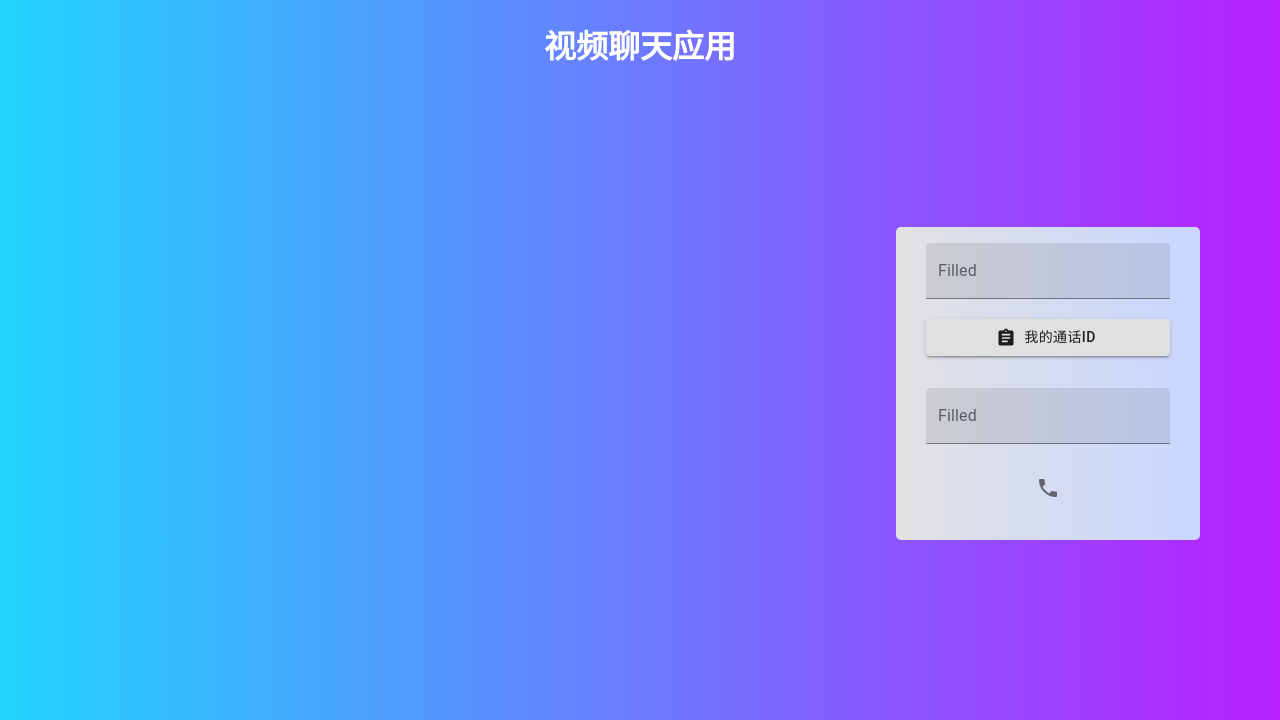
Repository: CodeFreedom-A/webRtc
Page: /
An editor plug-in stored every save of this project. The page is shown before and after the next save, followed by the edit.
The browser window is 1280 px wide. The pictures show the whole page.
The page's requests for data from a server got no answer. The project was rebuilt for these pictures with package versions that can differ from the ones it lists, and the page was loaded fresh each time. No one was signed in, and anything a server would have sent is missing.

Above is the page before, as saved 2022-12-21 17:22:42.

### src/App.js
/*
 * @Author: sunheng
 * @Date: 2022-12-21 15:50:22
 * @LastEditors: sunheng
 * @LastEditTime: 2022-12-21 17:22:31
 * @Description: 请填写简介
 */

import Button from "@material-ui/core/Button";
import IconButton from "@material-ui/core/IconButton";
import TextField from "@material-ui/core/TextField";
import AssignmentIcon from "@material-ui/icons/Assignment";
import PhoneIcon from "@material-ui/icons/Phone";
import React, { useEffect, useRef, useState } from "react";
import { CopyToClipboard } from "react-copy-to-clipboard";
import Peer from "simple-peer";
import io from "socket.io-client";
import "./App.css";
// 客户端socket链接
const socket = io.connect("http//localhost:5000");
function App() {
  const [stream, setStream] = useState(null);
  const [name, setName] = useState(null);
  const [idToCall, setIdToCall] = useState(null);
  const Myvideo = useRef();
  const [me, setMe] = useState("");
  const callUser = () => {};
  //
  useEffect(() => {
    navigator.mediaDevices
      .getUserMedia({ video: true, audio: true })
      .then((res) => {
        console.log(res);
        setStream(res);
        Myvideo.current.srcObject = res;
      })
      .catch((err) => {
        console.log("没有摄像头", err);
      });
  }, []);
  return (
    <>
      <h1 style={{ textAlign: "center", color: "#fff" }}>视频聊天应用</h1>
      <div className="container">
        {/* 视频容器 */}
        <div className="video-container">
          <div className="video">
            <video
              playsInline
              muted
              autoPlay
              style={{ width: "500px" }}
              ref={Myvideo}
            ></video>
          </div>
        </div>

        <div className="myId">
          <TextField
            id="filled-basic"
            label="Filled"
            variant="filled"
            value={name}
            style={{ marginBottom: "20px" }}
            onChange={(e) => setName(e.target.value)}
          />
          <CopyToClipboard text={me} style={{ marginBottom: "2rem" }}>
            <Button
              variant="contained"
              startIcon={<AssignmentIcon fontSize="large" />}
            >
              我的通话ID
            </Button>
          </CopyToClipboard>
          <TextField
            id="filled-basic"
            label="Filled"
            variant="filled"
            value={idToCall}
            style={{ marginBottom: "20px" }}
            onChange={(e) => setIdToCall(e.target.value)}
          />
          <IconButton onClick={() => callUser(idToCall)}>
            <PhoneIcon></PhoneIcon>
          </IconButton>
          <Button></Button>
        </div>
      </div>
    </>
  );
}

export default App;

### src/App.css
.container {
  display: grid;
  grid-template-columns: 7fr 3fr;
  margin-top: 10rem;
}


.video-container {
  display: grid;
  grid-template-columns: 1fr 1fr;
  justify-content: center;
  align-content: center;

  margin-left: 10rem;
}


/* 右侧面板 */

.myId {
  margin-right: 5rem;
  border-radius: 5px;
  background: #c9d6ff;
  background: linear-gradient(to right,
      #e2e2e2,
      #c9d6ff);

  padding: 1rem;
  display: grid;
  justify-content: center;
  align-content: center;
}

.call-button {
  text-align: center;
  margin-top: 2rem;
}



.caller {
  text-align: center;
  color: #fff;
}

body {
  background-image: linear-gradient(to right, #21D4FD 0%, #B721FF 100%);

}

Loaded but not shown: public/index.html (common file); src/index.js (common file); src/index.css (common file); src/reportWebVitals.js (common file)

After the next save:
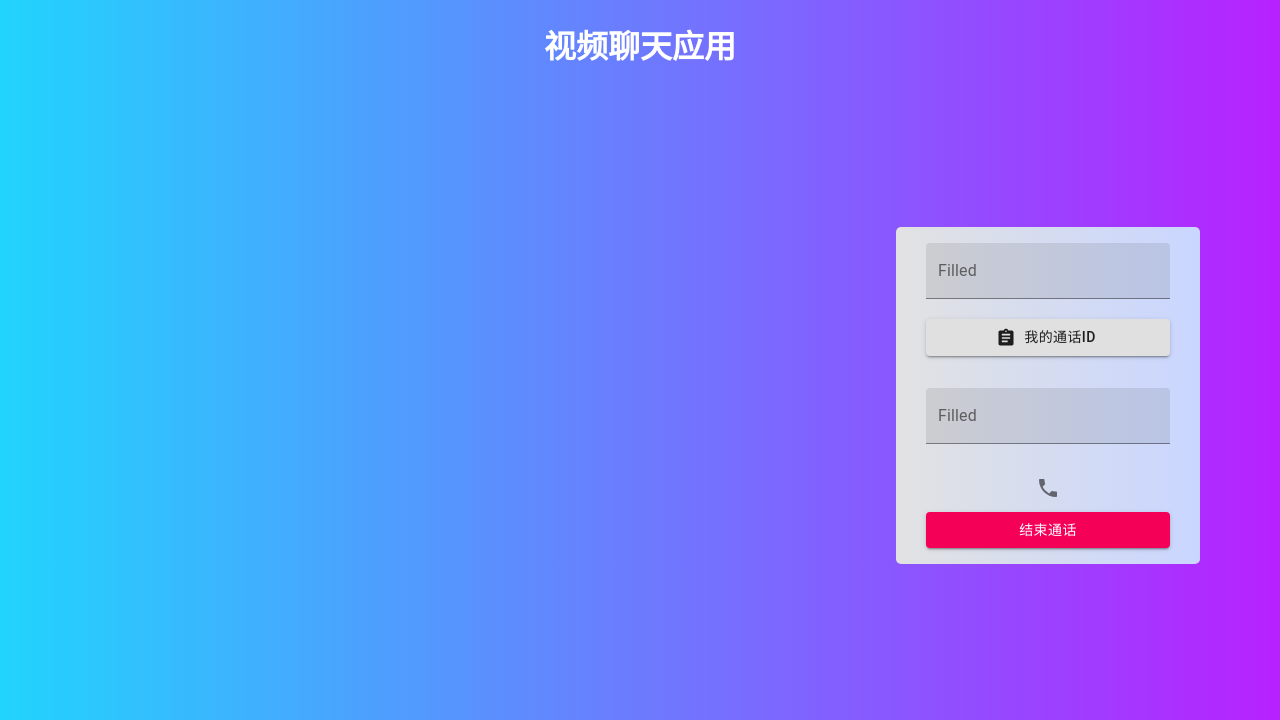
Saved 45 s later.
--- a/src/App.js
+++ b/src/App.js
@@ -83,7 +83,9 @@ function App() {
           <IconButton onClick={() => callUser(idToCall)}>
             <PhoneIcon></PhoneIcon>
           </IconButton>
-          <Button></Button>
+          <Button variant="contained" color="secondary">
+            结束通话
+          </Button>
         </div>
       </div>
     </>
